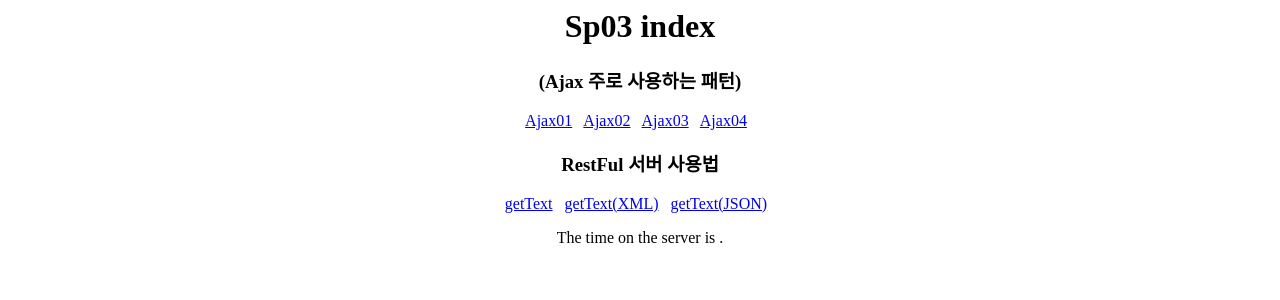
Repository: betweenhj702/Spring-practice-in-bit
Page: http://localhost/Sp03/WEB-INF/views/index.jsp
An editor plug-in stored every save of this project. The page is shown before and after the next save, followed by the edit.
The browser window is 1280 px wide. The pictures show the whole page.
The page is served by Tomcat 9. Nobody is signed in. The template is opened directly, without the code that normally fills it, so the values that code supplies are empty.

Above is the page before, as saved 2021-01-25 07:22:08.

After the next save:
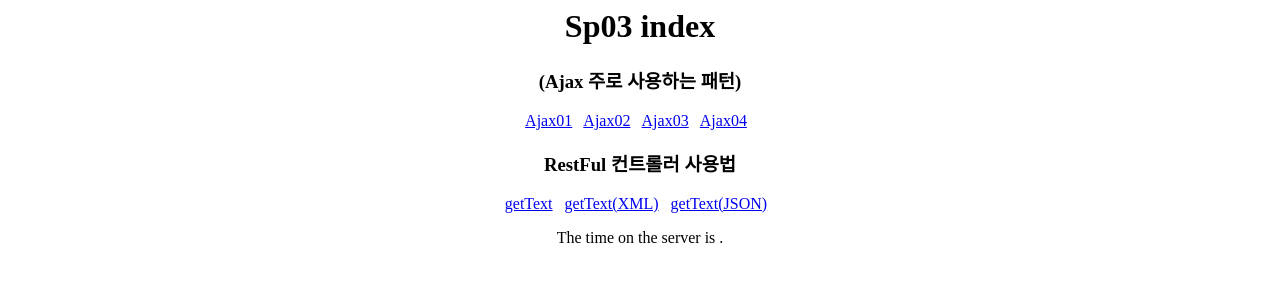
Saved 13 s later.
--- a/workspace/Sp03/src/main/webapp/WEB-INF/views/index.jsp
+++ b/workspace/Sp03/src/main/webapp/WEB-INF/views/index.jsp
@@ -15,7 +15,7 @@
 		   		<a href="ajax/test04.do">Ajax04</a>&nbsp;&nbsp;
 		   </p>
 		   <p>
-		   		<h3>RestFul 서버 사용법</h3>
+		   		<h3>RestFul 컨트롤러 사용법</h3>
 		   		<a href="rest/getText">getText</a>&nbsp;&nbsp;
 		   		<a href="rest/getAddress">getText(XML)</a>&nbsp;&nbsp;
 		   		<a href="rest/getAddress.json">getText(JSON)</a>&nbsp;&nbsp;
